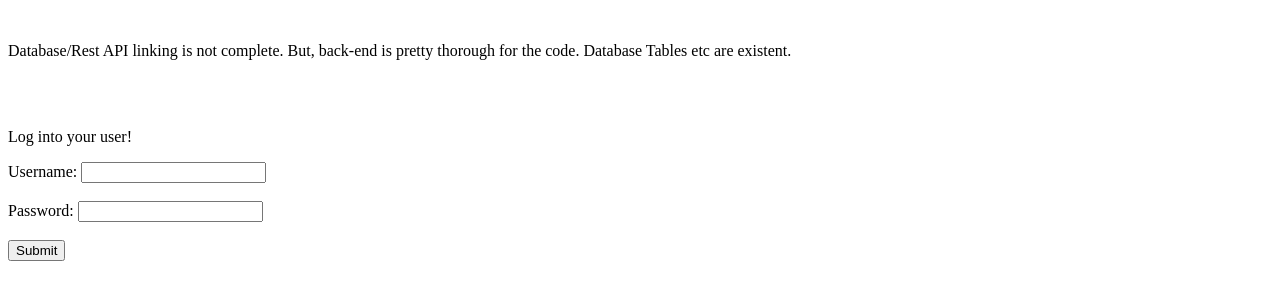
Repository: hcm4990/BankingApplicationRestAPI
Page: gs-serving-web-content-complete/src/main/resources/static/account.html
An editor plug-in stored every save of this project. The page is shown before and after the next save, followed by the edit.
The browser window is 1280 px wide. The pictures show the whole page.

Above is the page before, as saved 2020-04-06 15:13:51.

### gs-serving-web-content-complete/src/main/resources/static/account.html
<!DOCTYPE HTML>
<html>
<head>
<title>Getting Started: Serving Web Content</title>
<meta http-equiv="Content-Type" content="text/html; charset=UTF-8" />
</head>
<body>
	<br>
	<p>Database/Rest API linking is not complete. But, back-end is pretty thorough for the code. Database Tables etc are existent.</p>
	<br>
	<br>
	<p><p>Log into your user!</p>
	<form action="/transaction">
		<label for="user_id">Username:</label> <input type="text" id="user_id"
			name="user_id"><br> <br>
		<label for="pass_word">Password:</label> <input type="text" id="pass_word"
			name="pass_word"><br>
		<br> <input type="submit" value="Submit">
	</form>
</body>
</html>

After the next save:
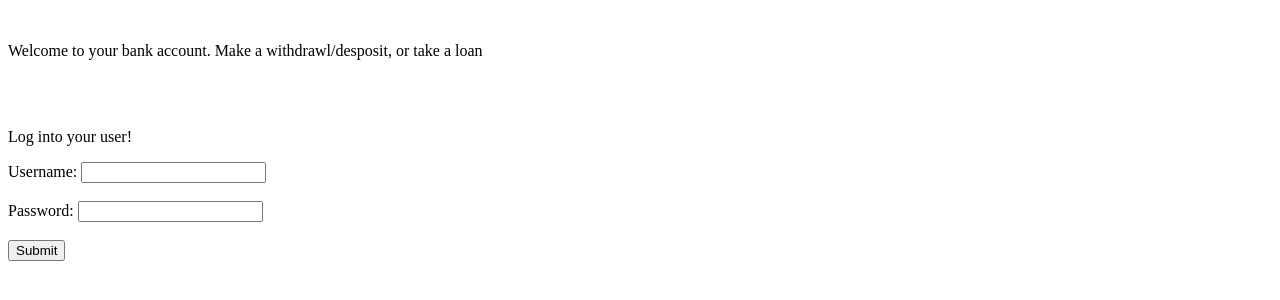
Saved 16 s later.
--- a/gs-serving-web-content-complete/src/main/resources/static/account.html
+++ b/gs-serving-web-content-complete/src/main/resources/static/account.html
@@ -6,7 +6,7 @@
 </head>
 <body>
 	<br>
-	<p>Database/Rest API linking is not complete. But, back-end is pretty thorough for the code. Database Tables etc are existent.</p>
+	<p>Welcome to your bank account. Make a withdrawl/desposit, or take a loan</p>
 	<br>
 	<br>
 	<p><p>Log into your user!</p>
